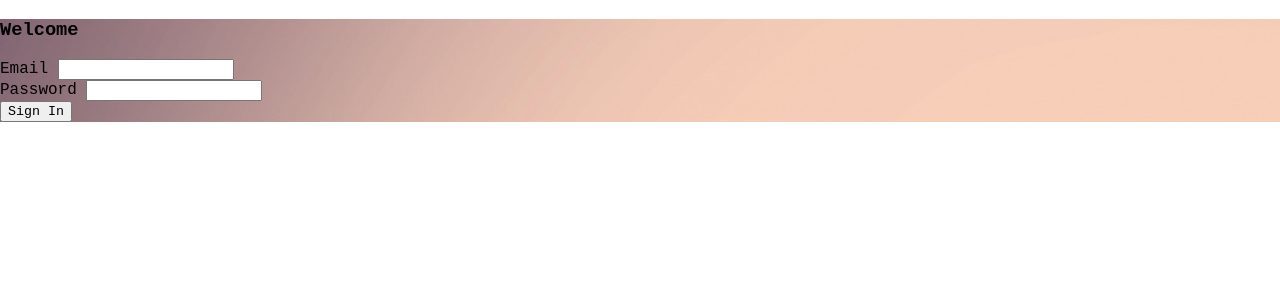
Repository: Szelbi/SimpliestLoginPage
Page: index.html
The author's editor kept a copy of each file at every save. The page is drawn from the files as they stood at one save, then again after the next save.
The browser window is 1280 px wide. The pictures show the whole page.

Above is the page before, as saved 2021-02-04 21:54:49.

### index.html
<!DOCTYPE html>
<html lang="en">

<head>
    <meta charset="UTF-8">
    <meta name="viewport" content="width=device-width, initial-scale=1.0">
    <title>Document</title>
    <link rel="stylesheet" href="style.css">
</head>

<body>
    <main class="main">
        <div class="login-container">
            <h3 class='login-title'>Welcome</h3>
            <form>
                <div class="input-group">
                    <label>Email</label>
                    <input type="email">
                </div>
                <div class="input-group">
                    <label>Password</label>
                    <input type="password">
                </div>
                <button type="submit" class="login-button">Sign In</button>
            </form>
        </div>
    </main>
</body>

</html>

### style.css
* {
    font-family: 'Courier New', monospace;
}

html, body{
    margin: 0;
}

.main {
    background-image: url("flatlandscape_v_2.jpg");
}

After the next save:
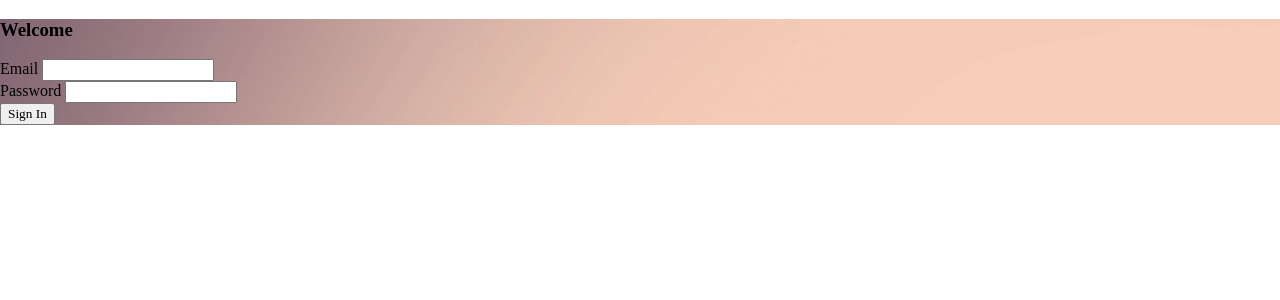
Saved 16 s later.
--- a/style.css
+++ b/style.css
@@ -1,5 +1,5 @@
 * {
-    font-family: 'Courier New', monospace;
+    font-family: 'Brush Script MT', 'Brush Script Std', cursive;
 }
 
 html, body{
